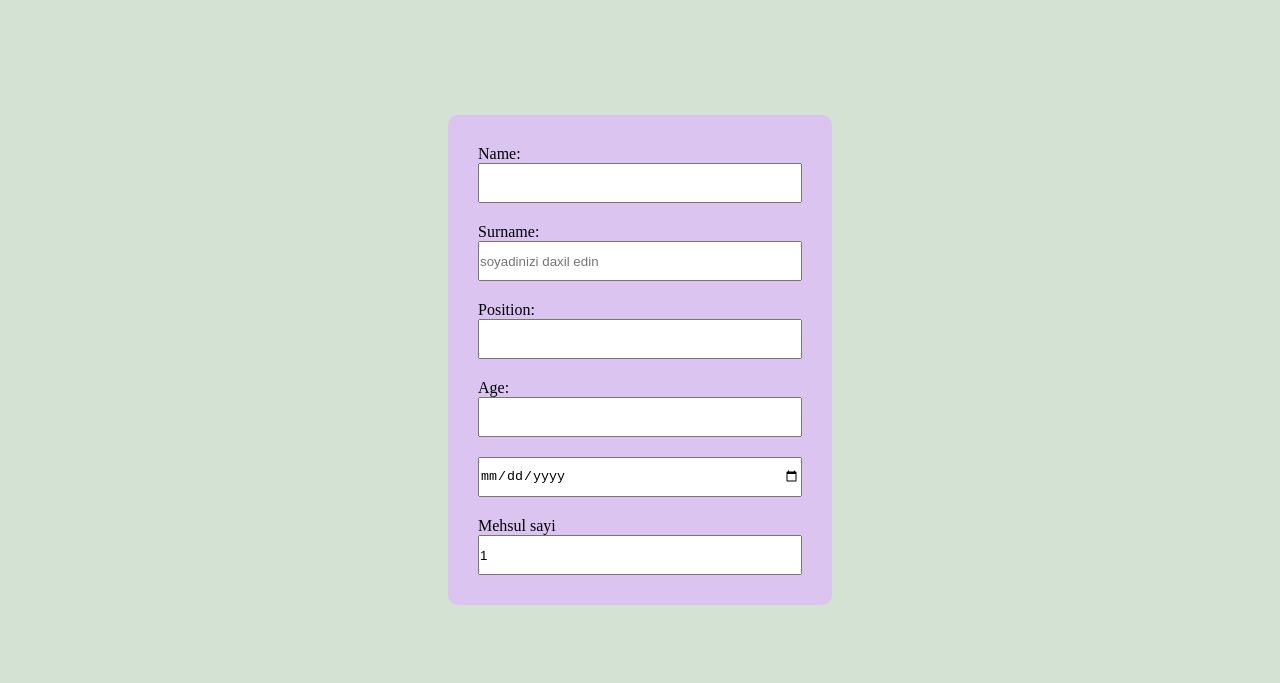
Repository: AytacSafarova/Form-lesson
Page: index.html
These files come from the project's save history. The page is drawn as it stood at one moment and after a run of saves; the edit follows.
The browser window is 1280 px wide. The pictures show the whole page.

Above is the page before, as saved 2023-08-29 14:39:58.

After the next 2 saves:
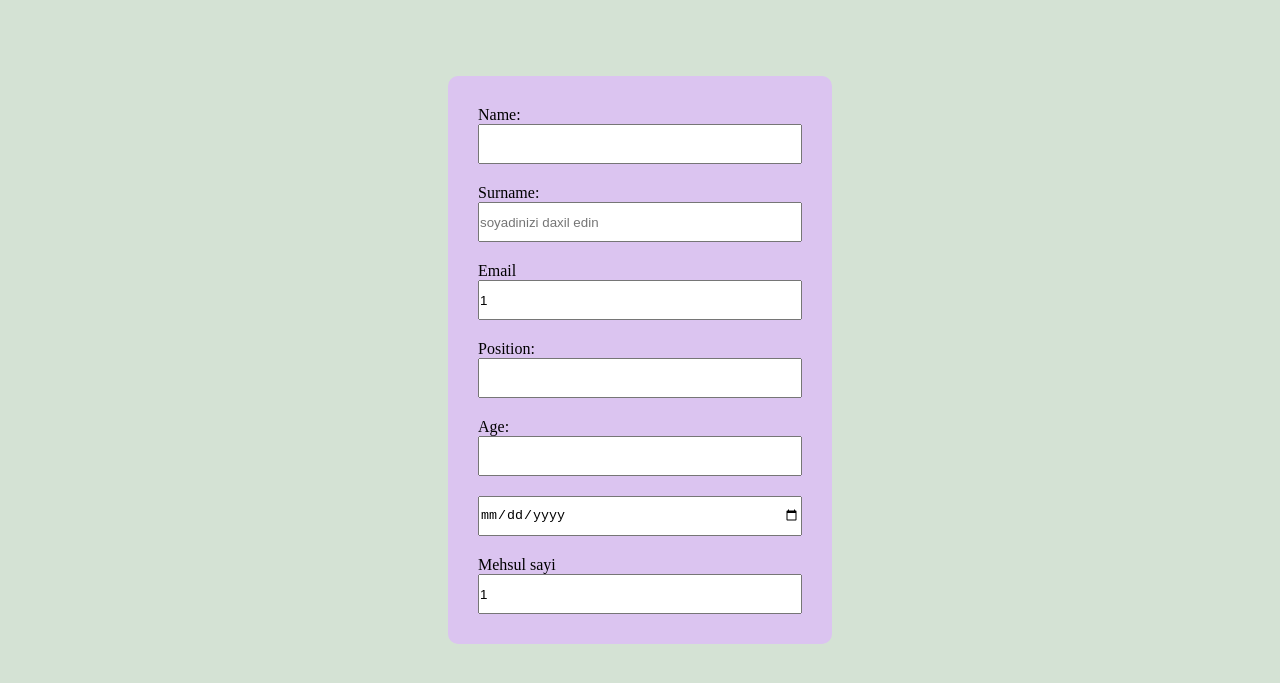
The 2 saves are shown as one change because they came seconds apart.
The last was saved 22 s later.
--- a/index.html
+++ b/index.html
@@ -16,6 +16,10 @@
             <label for="">
                 Surname:
                 <input placeholder="soyadinizi daxil edin" type="text">
+            </label>
+            <label for="">
+             Email
+                <input placeholder="mehsul sayini daxil edin" type="number" value="1">
             </label>
             <label for="">
                 Position:
